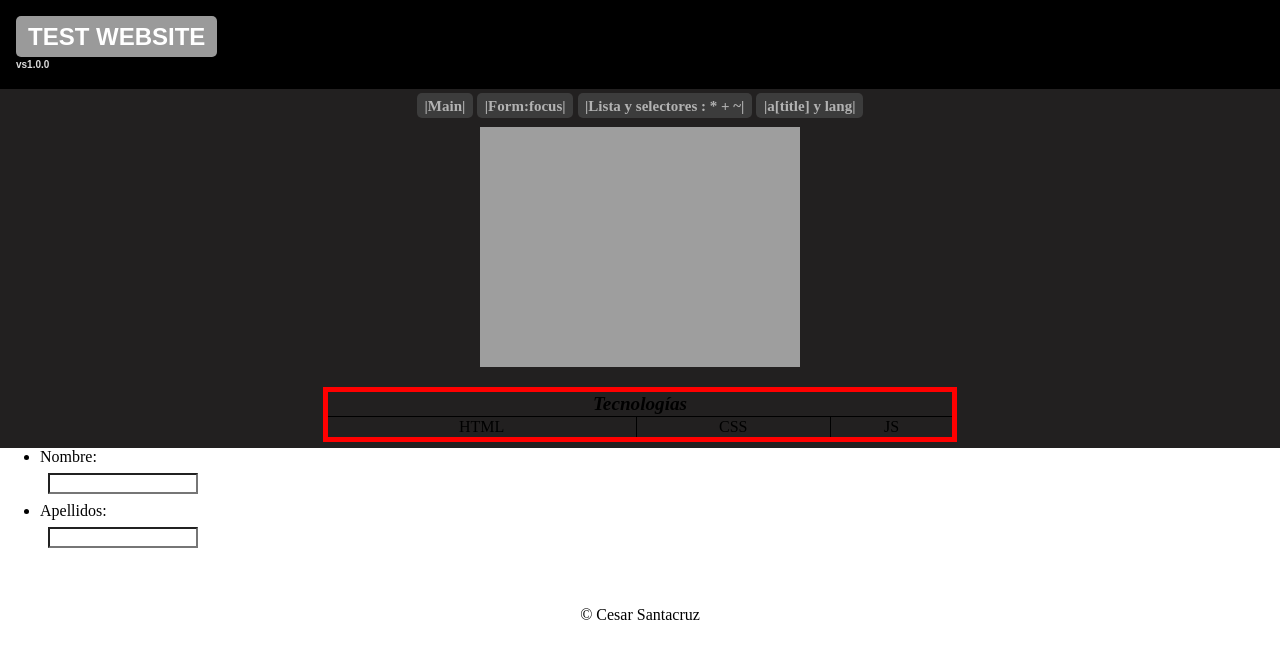
Repository: cesarsant0203/My_Study
Page: Introducción al desarrollo web/My Page 1/2.posts.html
These files come from the project's save history. The page is drawn as it stood at one moment and after the next save; the edit follows.
The browser window is 1280 px wide. The pictures show the whole page.
Pictures or frames that could not be fetched are drawn as grey boxes.

Above is the page before, as saved 2020-04-29 18:33:55.

### Introducción al desarrollo web/My Page 1/2.posts.html
<!DOCTYPE html>
<html lang="es">

<head>
    <meta charset="utf-8" />
    <title> Selectores CSS </title>
    <link href="2.posts.css" rel="stylesheet" />
</head>

<body>
    <header><h1>
        <a id="header" href="1.index.html">TEST WEBSITE</a>
        </h1>
    <h4>vs1.0.0</h4>
</header>
    <section id="mySection" class="box">
        <nav>
            <a href="1.index.html">|Main|</a>
            <a href="2.posts.html">|Form:focus|</a>
            <a href="3.contacto.html">|Lista y selectores : * + ~|</a>
            <a href="4.formulario.html">|a[title] y lang|</a>
        </nav>
    </section>
    <section>
        <img src="https://applauss.com/wp-content/uploads/2016/01/gifs-animados-13.gif" title="gifPacman" class="gif"/>
    </section>
    <section>
        <table id="tec">
            <thead>
                <td colspan="3"><em><strong>Tecnologías</strong></em></td>
            </thead>
            <tbody>
                <tr>
                    <td>HTML</td>
                    <td>CSS</td>
                    <td>JS</td>
                </tr>
            </tbody>
        </table>
    </section>
    <article>
        <form action="...">
            <ul>
                <li>
                    <label id="lname" for="name">Nombre: </label> <br/>
                    <input type="text" id="name" />
                </li>
                <li>
                    <label id="lsname" for="sname">Apellidos:</label> <br/>
                    <input type="text" id="sname" />
                </li>
            </ul>
        </form>
    </article>
    <footer>
        &copy Cesar Santacruz
    </footer>

</body>

</html>

### Introducción al desarrollo web/My Page 1/2.posts.css
* {
    margin: 0;
}
header {
    background: black;
    padding: 1em;
    box-sizing: border-box;
    margin: 0em;
}
a#header, h4 {
    background-color: inherit;
    box-sizing: border-box;
    margin-bottom: 1px;
}
a#header {
    font-family: Arial, Helvetica, sans-serif;
    line-height: 1.4;
    color: white;
    font-size: 24px;
    font-weight: bold;
    text-decoration: none;
    padding: 0.3em 0.5em;
    border-radius: 5px;
    background-color: rgba(255, 255, 255, 0.602);
    transition: background-color 1s linear;
    transition: color 1s linear
}
a#header:hover, input:hover, button:hover, a#header:focus, input:focus, button:focus {
    background-color: #fff;
    color: black;
}
a#header:focus, input:focus, button:focus {
    box-shadow: 0 0 0 3px rgba(0,0,0,0.25);
    outline: 0;
}
h4 {
    color: gainsboro;
    font-size: x-small;
    font-family: Arial, Helvetica, sans-serif;
    line-height: 1.4;
    margin-top: 4px;
}
a{
    box-sizing: border-box;
    margin-top: auto;
    font-size: 15px;
    font-weight: bold;
    color: rgba(255, 255, 255, 0.609);
    text-decoration: none;
    padding: 0.3em 0.5em;
    border-radius: 5px;
    background-color: rgba(78, 78, 78, 0.602);
    transition: color 1s linear;
}
a:hover, input:hover, button:hover, a:focus, input:focus, button:focus {
    color: #fff;
}
a:focus, input:focus, button:focus {
    box-shadow: 0 0 0 3px rgba(0,0,0,0.25);
    outline: 0;
}
a:link {
    text-decoration: none;
}

a:visited {
    text-decoration: none;
}
section {
    text-align: center;
    background-color: rgb(34, 32, 32);
    padding: 0.33em;
}
section#mySection{
    font-size: large;
}




img.gif {
    width: 320px;
    height: 240px;
    display: block;
    margin: auto;
}
table#tec {
    border: red 5px solid;
    border-collapse: collapse;
    width: 50%;
    text-align: center;
    margin-left: auto;
    margin-right: auto;
    margin-top: 10px;
}
thead {
    font-size: larger;
}
td{
    border: black 1px solid;
}
form :focus {
    border: 2px solid rgb(0, 82, 175);
}
p:first-of-type{
    font-weight: bold;
}

input#name, input#sname{
    background-color: white;
        margin: 0.2cm;
        width: 150px;
        box-sizing: border-box;
}
footer {
    position: relative;
    margin-top: 50px;
    text-align: center;
    height: 30px;
}

After the next save:
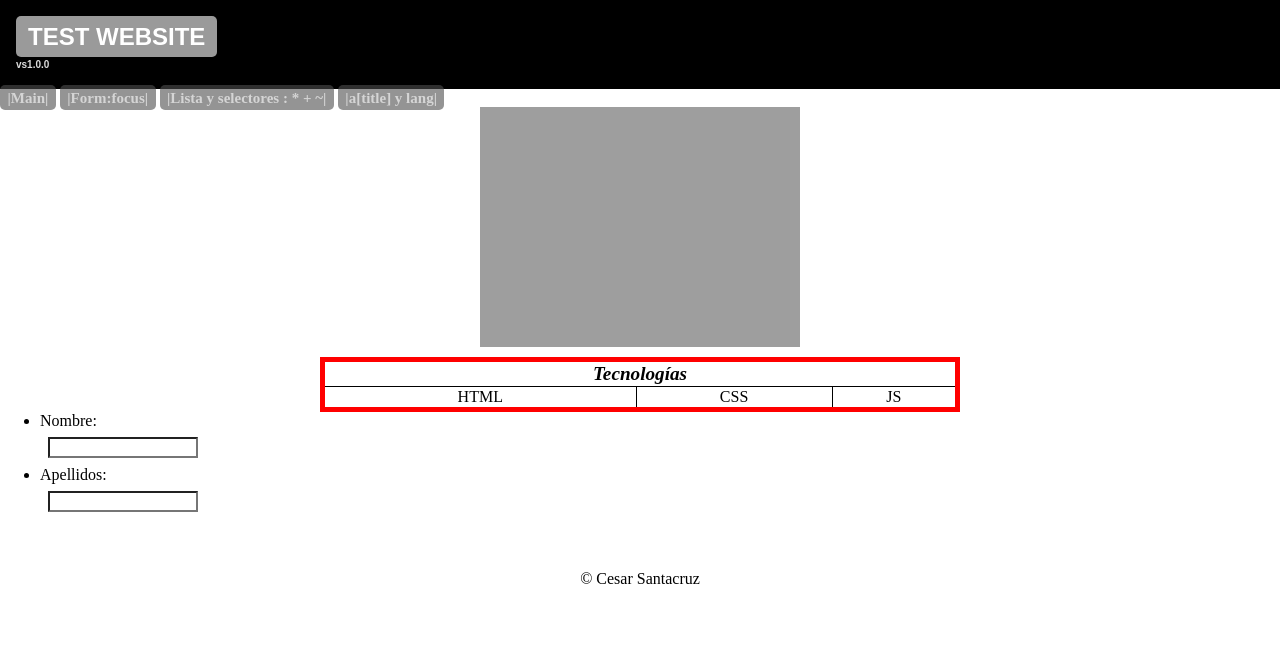
Saved 16 s later.
--- a/Introducción al desarrollo web/My Page 1/2.posts.css
+++ b/Introducción al desarrollo web/My Page 1/2.posts.css
@@ -66,13 +66,11 @@ a:link {
 a:visited {
     text-decoration: none;
 }
-section {
+section#navBar{
+    font-size: large;
     text-align: center;
     background-color: rgb(34, 32, 32);
     padding: 0.33em;
-}
-section#mySection{
-    font-size: large;
 }
 
 
